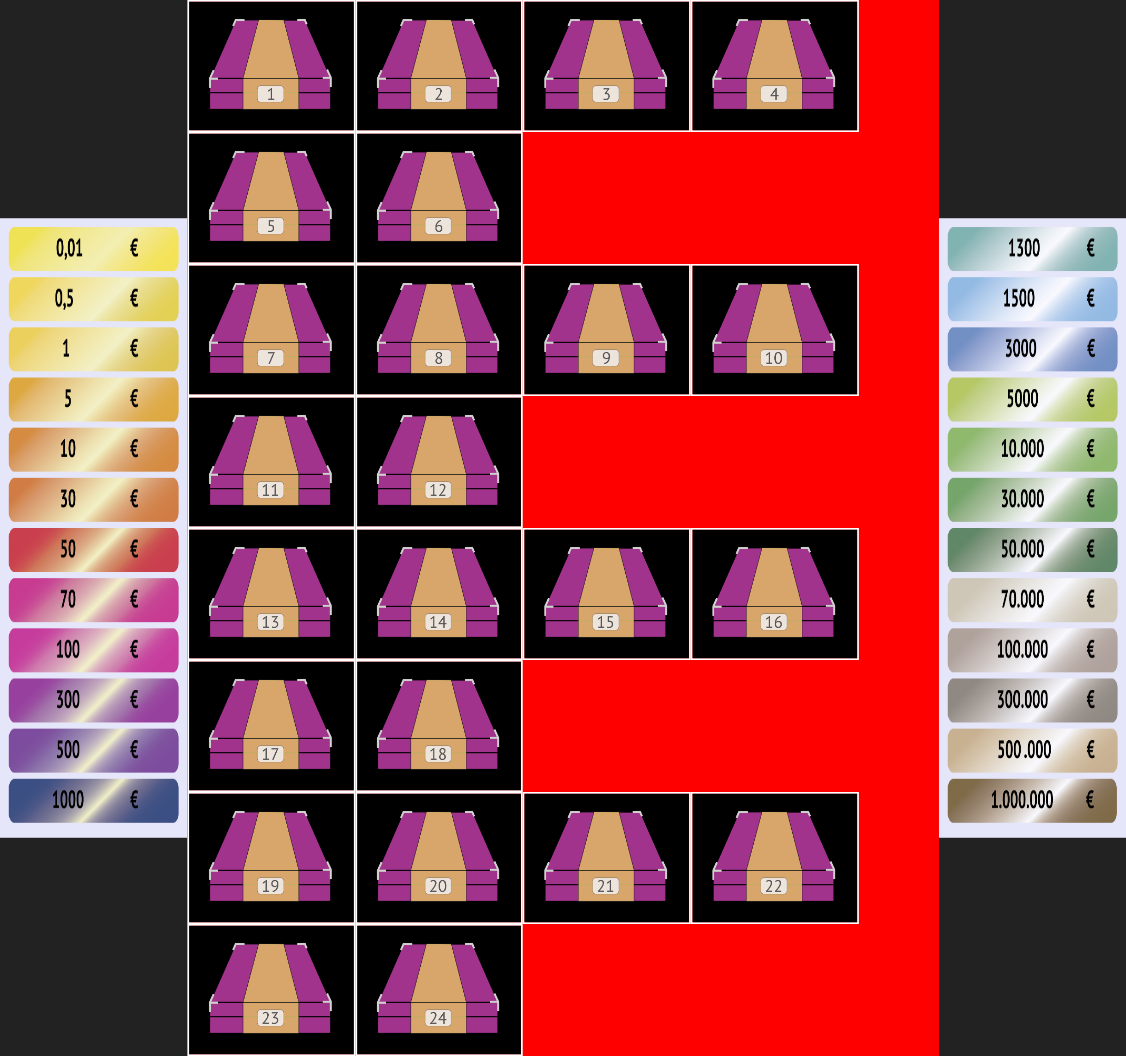
Repository: elnacp/Deal_or_no_deal
Page: DealOrNoDeal/index.html
An editor plug-in stored every save of this project. The page is shown before and after the next save, followed by the edit.
The browser window is 1280 px wide. The pictures show the whole page, at 88% of full size.
Some web libraries are served in a nearby version.

Above is the page before, as saved 2017-11-27 01:20:15.

### DealOrNoDeal/index.html
<!DOCTYPE html>
<html>
<head>
    <meta charset="utf-8" />
    <meta name="viewport" content="width=device-width, initial-scale=1.0, maximum-scale=1.0">
    <meta name="description" content="Tizen TV basic template generated by Samsung TV Web IDE"/>

    <title>Tizen TV Web IDE - Tizen TV - Tizen TV basic Application</title>

	<!-- jQuery library -->
	<script src="https://ajax.googleapis.com/ajax/libs/jquery/3.1.1/jquery.min.js"></script>
    <link rel="stylesheet" href="https://maxcdn.bootstrapcdn.com/bootstrap/4.0.0-beta.2/css/bootstrap.min.css" integrity="sha384-PsH8R72JQ3SOdhVi3uxftmaW6Vc51MKb0q5P2rRUpPvrszuE4W1povHYgTpBfshb" crossorigin="anonymous">
    <script src="https://code.jquery.com/jquery-3.2.1.slim.min.js" integrity="sha384-KJ3o2DKtIkvYIK3UENzmM7KCkRr/rE9/Qpg6aAZGJwFDMVNA/GpGFF93hXpG5KkN" crossorigin="anonymous"></script>
    <script src="https://cdnjs.cloudflare.com/ajax/libs/popper.js/1.12.3/umd/popper.min.js" integrity="sha384-vFJXuSJphROIrBnz7yo7oB41mKfc8JzQZiCq4NCceLEaO4IHwicKwpJf9c9IpFgh" crossorigin="anonymous"></script>
    <script src="https://maxcdn.bootstrapcdn.com/bootstrap/4.0.0-beta.2/js/bootstrap.min.js" integrity="sha384-alpBpkh1PFOepccYVYDB4do5UnbKysX5WZXm3XxPqe5iKTfUKjNkCk9SaVuEZflJ" crossorigin="anonymous"></script>
    <link rel="stylesheet" type="text/css" href="css/style.css"/>
    <script src="js/main.js"></script>
</head>

<body>

	<div class = "container-fluid">
		<div class="row">
   			<div class="col-md-2">

					<input type="image"  id ="prizes" src="./img/prizes/0,01.png"   />
					<input type="image"  id ="prizes" src="./img/prizes/0,5.png"   />
					<input type="image"  id ="prizes" src="./img/prizes/1.png"  	/>
					<input type="image"  id ="prizes" src="./img/prizes/5.png"  	/>
					<input type="image"  id ="prizes" src="./img/prizes/10.png"     />
					<input type="image"  id ="prizes" src="./img/prizes/30.png"     />
					<input type="image"  id ="prizes" src="./img/prizes/50.png"     />
					<input type="image"  id ="prizes" src="./img/prizes/70.png"     />
					<input type="image"  id ="prizes" src="./img/prizes/100.png"    />
					<input type="image"  id ="prizes" src="./img/prizes/300.png"    />
					<input type="image"  id ="prizes" src="./img/prizes/500.png"    />
					<input type="image"  id ="prizes" src="./img/prizes/1000.png"    />


   			</div>
    		<div class="col-md-8">

    			<div id="chests" class= "row">
					<input type="image"  id ="image" src="./img/chests/1.png"  />
					<input type="image"  id ="image" src="./img/chests/2.png"  />
					<input type="image"  id ="image" src="./img/chests/3.png"  />
					<input type="image"  id ="image" src="./img/chests/4.png"  />
					<input type="image"  id ="image" src="./img/chests/5.png"  />
					<input type="image"  id ="image" src="./img/chests/6.png"  />
				</div>
				<div id="chests" class= "row">
					<input type="image"  id ="image" src="./img/chests/7.png"   />
					<input type="image"  id ="image" src="./img/chests/8.png"   />
					<input type="image"  id ="image" src="./img/chests/9.png"   />
					<input type="image"  id ="image" src="./img/chests/10.png"  />
					<input type="image"  id ="image" src="./img/chests/11.png"  />
					<input type="image"  id ="image" src="./img/chests/12.png"  />
				</div>
				<div id="chests" class= "row">
					<input type="image"  id ="image" src="./img/chests/13.png"  />
					<input type="image"  id ="image" src="./img/chests/14.png"  />
					<input type="image"  id ="image" src="./img/chests/15.png"  />
					<input type="image"  id ="image" src="./img/chests/16.png"  />
					<input type="image"  id ="image" src="./img/chests/17.png"  />
					<input type="image"  id ="image" src="./img/chests/18.png"  />
				</div>
				<div id="chests" class= "row">
					<input type="image"  id ="image" src="./img/chests/19.png"  />
					<input type="image"  id ="image" src="./img/chests/20.png"  />
					<input type="image"  id ="image" src="./img/chests/21.png"  />
					<input type="image"  id ="image" src="./img/chests/22.png"  />
					<input type="image"  id ="image" src="./img/chests/23.png"  />
					<input type="image"  id ="image" src="./img/chests/24.png"  />
				</div>

    		</div>
   		 	<div class="col-md-2">


					<input type="image"  id ="prizes" src="./img/prizes/1300.png"   />
					<input type="image"  id ="prizes" src="./img/prizes/1500.png"   />
					<input type="image"  id ="prizes" src="./img/prizes/3000.png"  	/>
					<input type="image"  id ="prizes" src="./img/prizes/5000.png"  	/>
					<input type="image"  id ="prizes" src="./img/prizes/10.000.png"     />
					<input type="image"  id ="prizes" src="./img/prizes/30.000.png"     />
					<input type="image"  id ="prizes" src="./img/prizes/50.000.png"     />
					<input type="image"  id ="prizes" src="./img/prizes/70.000.png"     />
					<input type="image"  id ="prizes" src="./img/prizes/100.000.png"    />
					<input type="image"  id ="prizes" src="./img/prizes/300.000.png"    />
					<input type="image"  id ="prizes" src="./img/prizes/500.000.png"    />
					<input type="image"  id ="prizes" src="./img/prizes/1.000.000.png"    />


   		 	</div>
 		 </div>
	</div>

</body>

</html>

### DealOrNoDeal/css/style.css
* {
    font-family: Verdana, Lucida Sans, Arial, Helvetica, sans-serif;
}

body {
    margin: 0px auto;
    background-color:#222;
}

/*.contents {
	display: flex;
	display: -webkit-flex;
	box-sizing: border-box;
	-webkit-box-sizing: border-box;
	height:320px;
}


.content_text {
	font-weight:bold;
	font-size:5em;
	color:#fff;
}*/

.col-md-2{
	margin: auto;
	border: none;
	padding: 10px;
	display: block;
	background-color:lavender;
}

.col-md-8{
	left-padding: 20px;
	text-align: center;
	background-color: red;
	margin: none;
	display: block;
}

#prizes{
	width: 100%;
	height:50px;
}

#image{

	max-width:200px;
	max-height:150px;
	border: 2px solid white;
}

#chests{

	margin: none;
	width: 100%;
}

### DealOrNoDeal/js/main.js

window.onload = function () {
    // TODO:: Do your initialization job

    // add eventListener for tizenhwkey
    document.addEventListener('tizenhwkey', function(e) {
        if(e.keyName == "back")
	try {
	    tizen.application.getCurrentApplication().exit();
	} catch (ignore) {
	}
    });



    // Sample code
    /*var textbox = document.querySelector('.contents');
    textbox.addEventListener("click", function(){
    	box = document.querySelector('#textbox');
    	box.innerHTML = box.innerHTML == "Basic" ? "Funciona" : "Basic";
    }); */


};

After the next save:
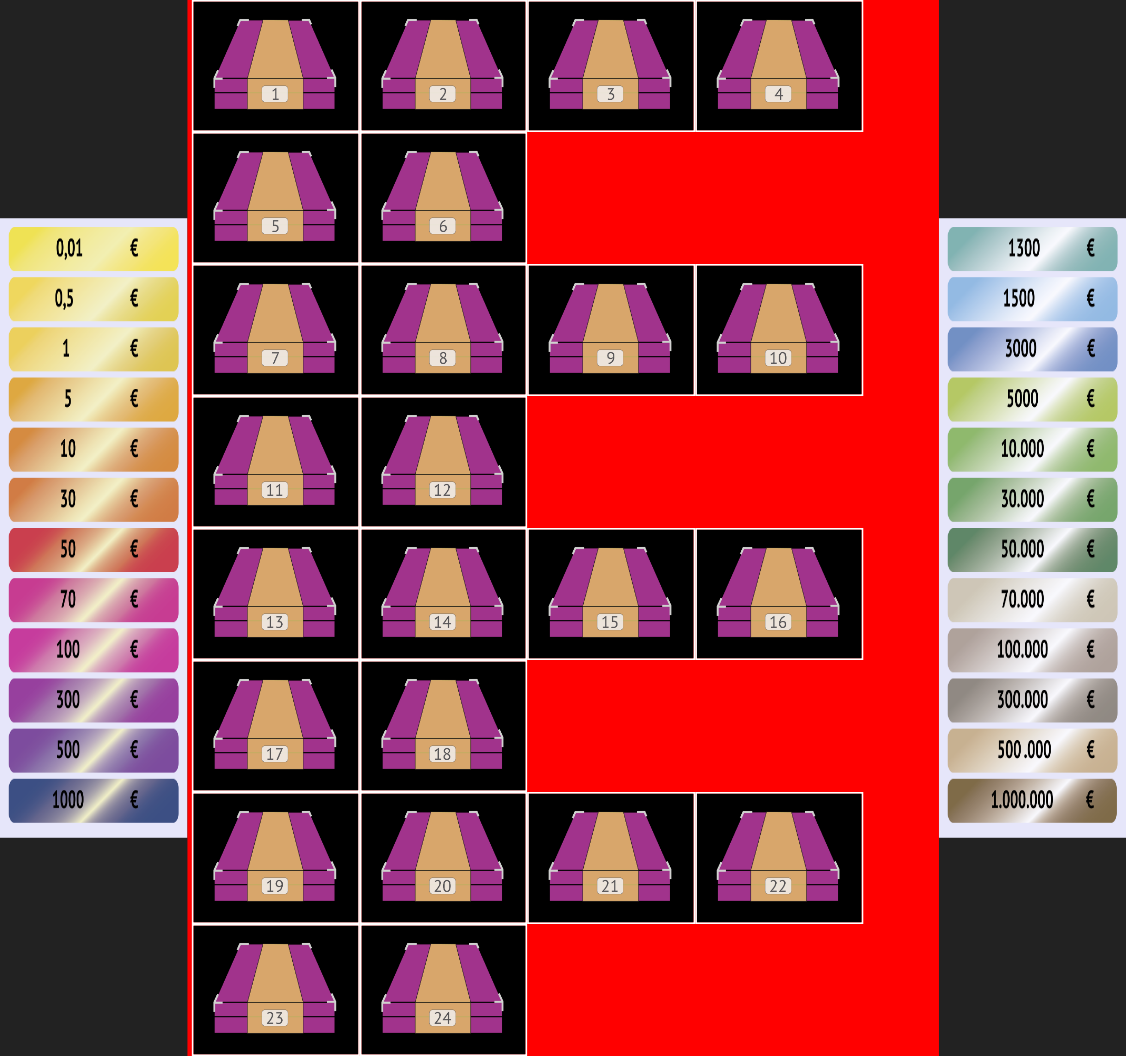
Saved 7 s later.
--- a/DealOrNoDeal/css/style.css
+++ b/DealOrNoDeal/css/style.css
@@ -31,7 +31,7 @@ body {
 }
 
 .col-md-8{
-	left-padding: 20px;
+	padding-left: 20px;
 	text-align: center;
 	background-color: red;
 	margin: none;
